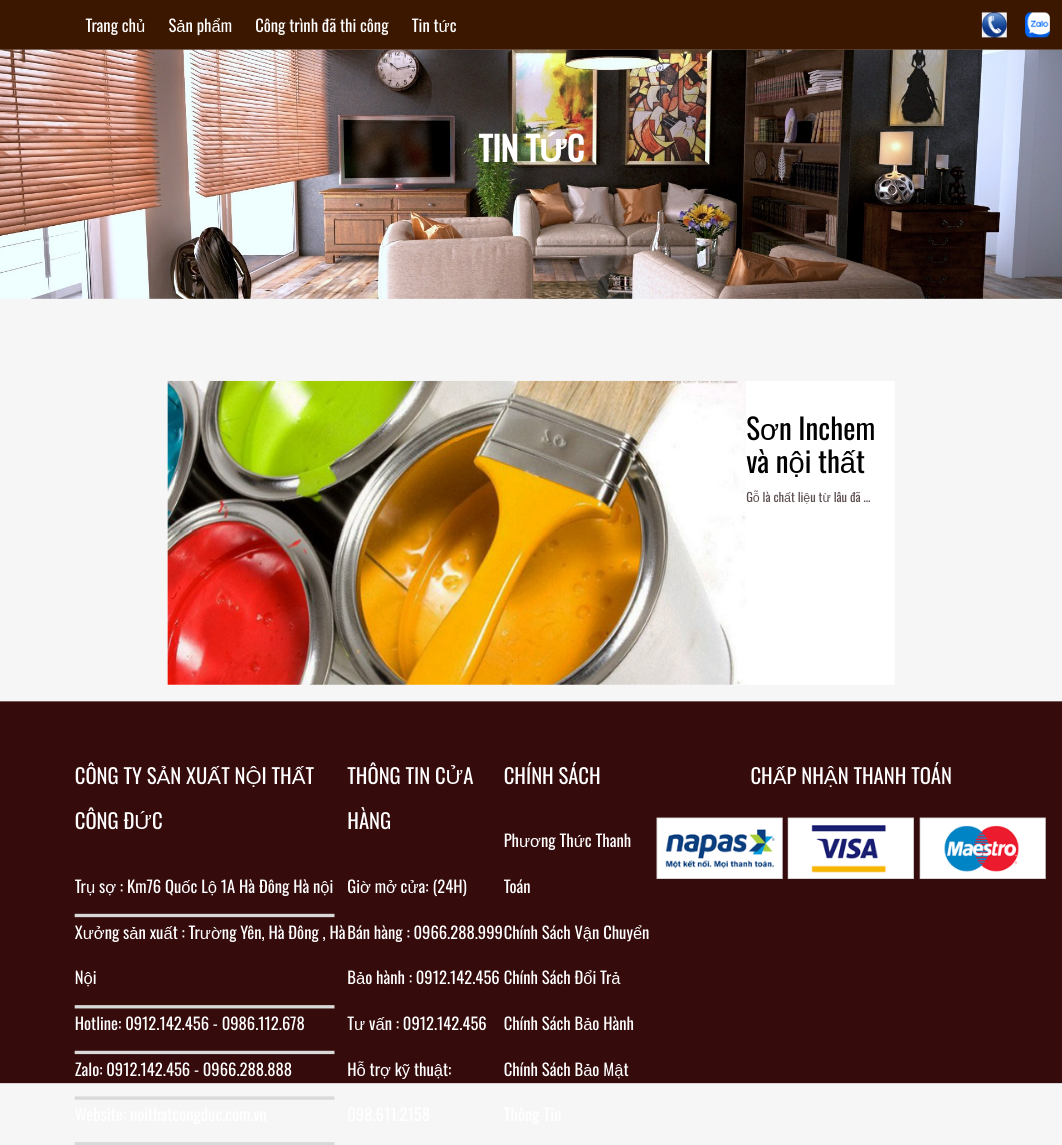
Repository: KHANHD192/FigmaTo-HTML
Page: APP-SHOP/tintuc.html
The author's editor kept a copy of each file at every save. The page is drawn from the files as they stood at one save, then again after the next save.
The browser window is 1280 px wide. The pictures show the whole page, at 83% of full size.

Above is the page before, as saved 2022-11-22 14:36:23.

After the next save:
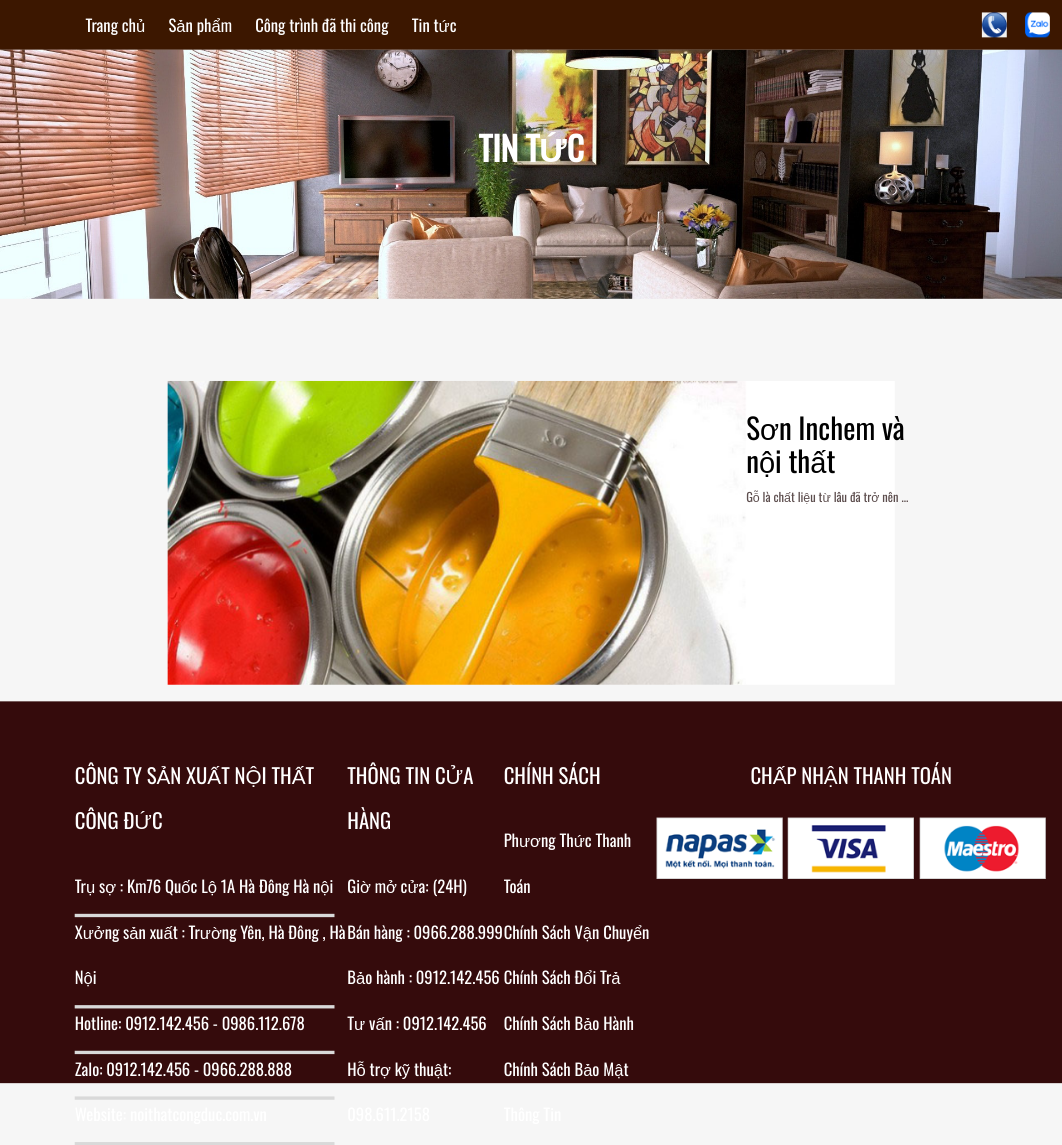
Saved 11 s later.
--- a/APP-SHOP/tintuc.html
+++ b/APP-SHOP/tintuc.html
@@ -59,7 +59,7 @@
             margin-top:2px;
             color: #5D4E4E;
             white-space: nowrap;
-            max-width: 15rem;
+            max-width:  20rem;
             overflow: hidden;
             text-overflow: ellipsis;
           }
